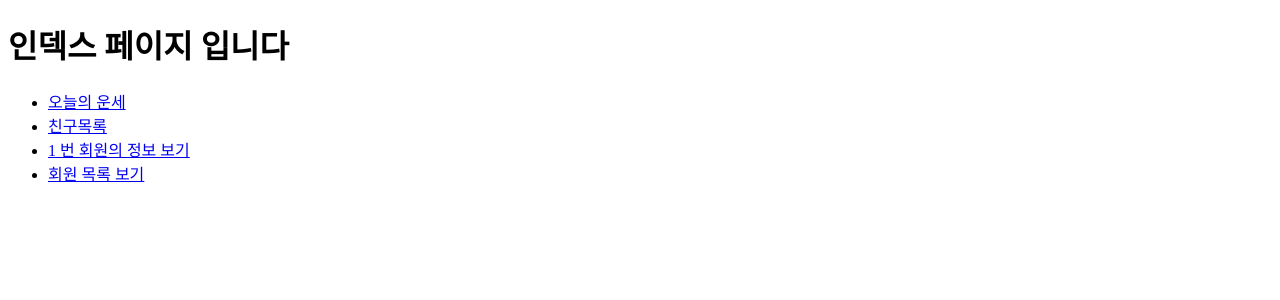
Repository: raehui/web_work
Page: Step01Servlet/src/main/webapp/index.html
An editor plug-in stored every save of this project. The page is shown before and after the next save, followed by the edit.
The browser window is 1280 px wide. The pictures show the whole page.

Above is the page before, as saved 2025-01-03 07:13:51.

### Step01Servlet/src/main/webapp/index.html
<!DOCTYPE html>
<html>
<head>
<meta charset="UTF-8">
<title>index.html</title>
</head>
<body>
	<div class="container">
		<h1>인덱스 페이지 입니다</h1>
		<ul>
			<li><a href="fortune">오늘의 운세</a></li>
			<li><a href="friends">친구목록</a></li>
			<li><a href="member?num=1">1 번 회원의 정보 보기</a></li>
			<li><a href="member/list">회원 목록 보기</a></li>
		</ul>
	</div>
</body>
</html>

After the next save:
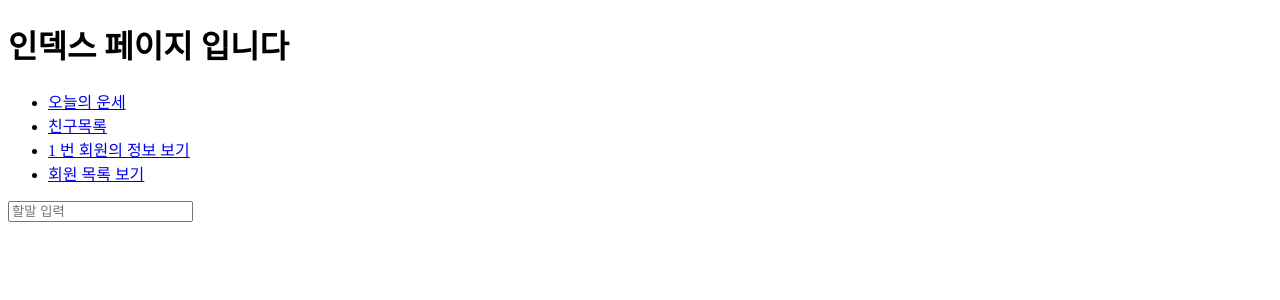
Saved 48 s later.
--- a/Step01Servlet/src/main/webapp/index.html
+++ b/Step01Servlet/src/main/webapp/index.html
@@ -13,6 +13,9 @@
 			<li><a href="member?num=1">1 번 회원의 정보 보기</a></li>
 			<li><a href="member/list">회원 목록 보기</a></li>
 		</ul>
+		<form action="send" method="get">
+			<input type="text" name="msg" placeholder="할말 입력"/>
+		</form>
 	</div>
 </body>
 </html>
